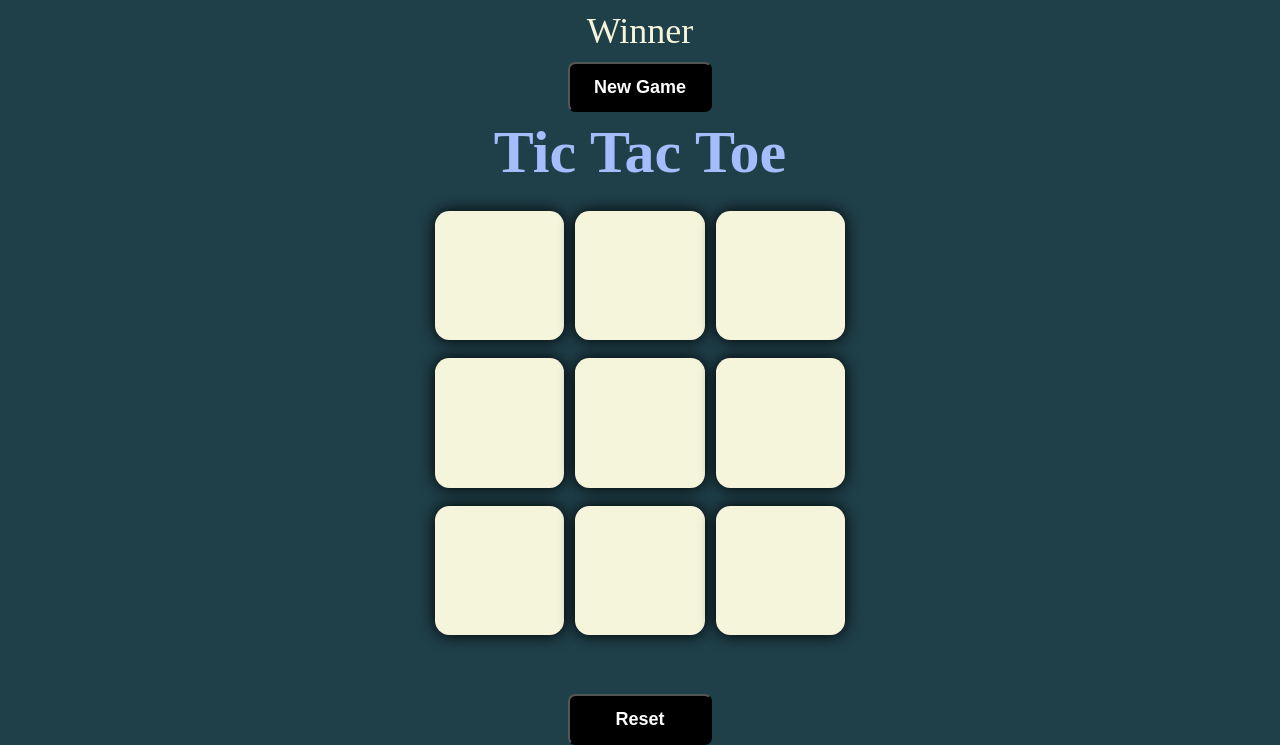
Repository: AreezAnsari/Tic-Tac-Toe
Page: Game/Game.html
An editor plug-in stored every save of this project. The page is shown before and after the next save, followed by the edit.
The browser window is 1280 px wide. The pictures show the whole page.

Above is the page before, as saved 2025-06-01 15:33:10.
Console error: TypeError: box.addEventListener is not a function

After the next save:
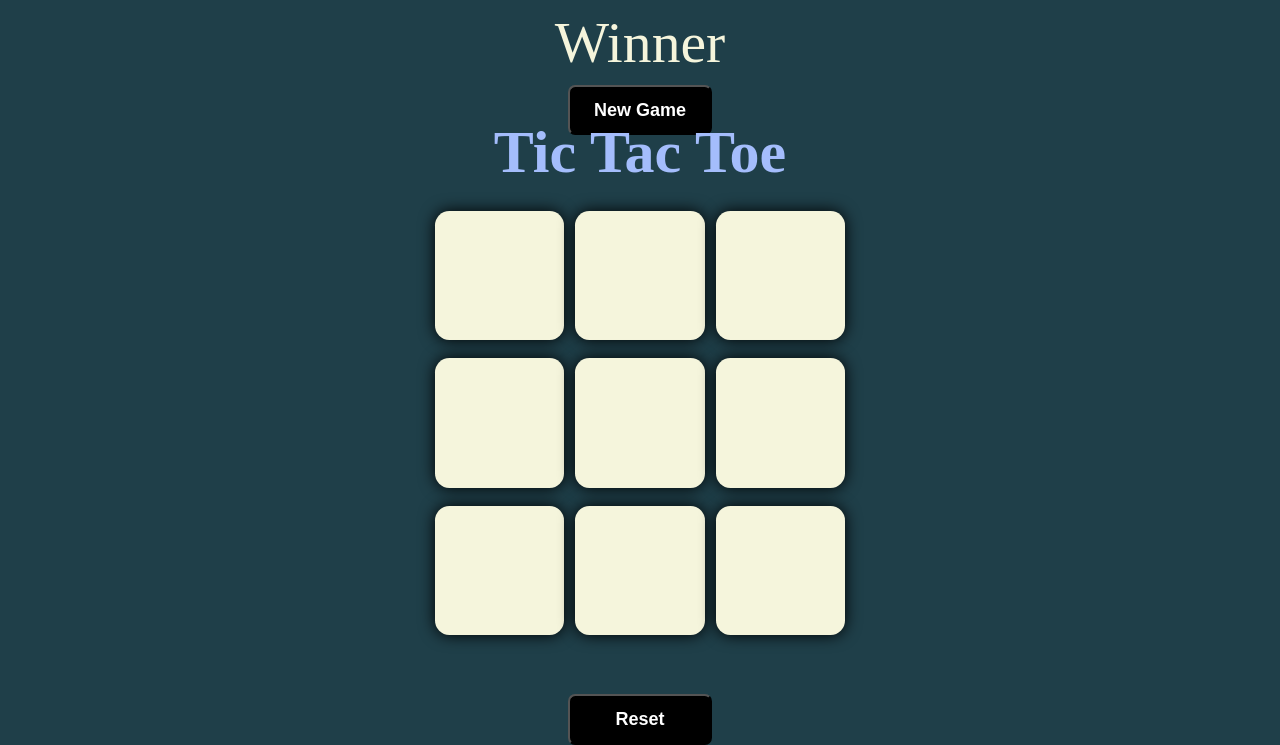
Saved 12 s later.
--- a/Game/Game.css
+++ b/Game/Game.css
@@ -88,7 +88,7 @@
 
 .msg{
     padding: 10px;
-    font-size: 5vmin;
+    font-size: 8vmin;
     color: beige;
 }
 
